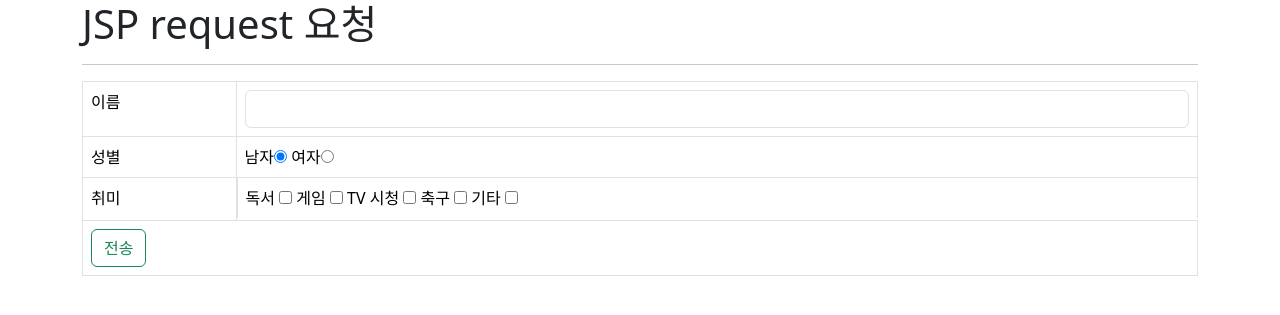
Repository: papepopopy/javascript
Page: http://localhost/webjsp/ex02/jspRequest.jsp
An editor plug-in stored every save of this project. The page is shown before and after a run of saves, followed by the edit.
The browser window is 1280 px wide. The pictures show the whole page.
The page is served by Tomcat 9. Nobody is signed in. The application's start-up code is not run. Other server files are loaded and not shown.

Above is the page before, as saved 2024-07-04 02:30:41.

### jspStudy/jspStudy/webjsp/src/main/webapp/ex02/jspRequest.jsp
<%@ page language="java" contentType="text/html; charset=EUC-KR"
    pageEncoding="EUC-KR"%>
<!DOCTYPE html>
<html>
<head>
<meta charset="EUC-KR">
<title>JSP 요청 페이지</title>
<link href="https://cdn.jsdelivr.net/npm/bootstrap@5.3.3/dist/css/bootstrap.min.css" rel="stylesheet" integrity="sha384-QWTKZyjpPEjISv5WaRU9OFeRpok6YctnYmDr5pNlyT2bRjXh0JMhjY6hW+ALEwIH" crossorigin="anonymous">
<style>
	.btn {

	}
</style>
</head>
<body>
<!-- 클라이언트 요청 페이지 -->

	<div class="container">
		<h1>JSP request 요청</h1>
		<hr>
		<div>
			<form action="jsprequest_result.jsp" method="get">
				<table class="table table-bordered">
					<thead>
					</thead>
					<tbody>
						<tr>
							<td>이름</td>
							<td><input type="text" name="name" id="name" class="form-control" /></td>
						</tr>
						<tr>
							<td>성별</td>
							<td>
								남자<input type="radio" name="gender" value="male" checked="checked" />
								여자<input type="radio" name="gender" value="female" />
							</td>
						</tr>
						<tr>
							<td>취미</td>
							<td class="form-check">
								독서 <input type="checkbox" name="hobby" value="독서"/>
								게임 <input type="checkbox" name="hobby" value="게임"/>
								TV 시청 <input type="checkbox" name="hobby" value="TV 시청"/>
								축구 <input type="checkbox" name="hobby" value="축구"/>
								기타 <input type="checkbox" name="hobby" value="기타"/>
							</td>
						</tr>
						<tr>
							<td colspan="2">
								<input type="submit" value="전송" class="btn btn-outline-success">
							</td>
						</tr>
					</tbody>
				</table>
			</form>
		</div>
	</div>
</body>
</html>

After the next 2 saves:
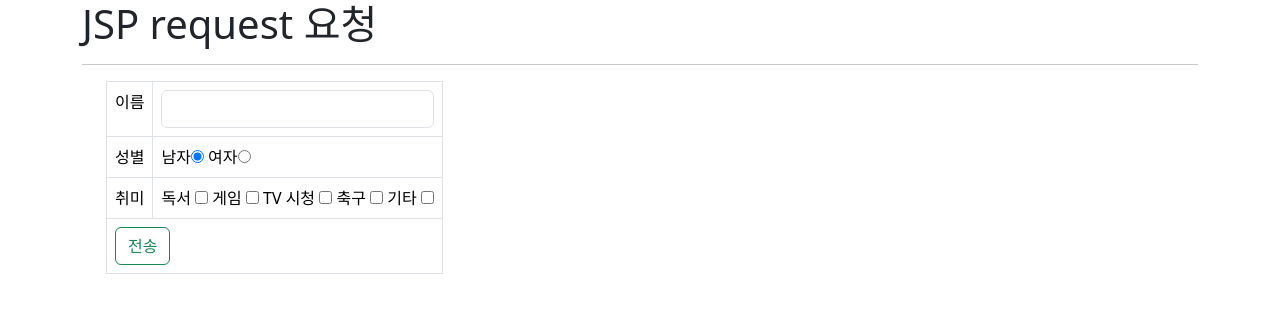
The 2 saves are shown as one change because they came seconds apart.
The last was saved 28 s later.
--- a/jspStudy/jspStudy/webjsp/src/main/webapp/ex02/jspRequest.jsp
+++ b/jspStudy/jspStudy/webjsp/src/main/webapp/ex02/jspRequest.jsp
@@ -20,7 +20,7 @@
 		<hr>
 		<div>
 			<form action="jsprequest_result.jsp" method="get">
-				<table class="table table-bordered">
+				<table class="table table-bordered form-check">
 					<thead>
 					</thead>
 					<tbody>
@@ -37,7 +37,7 @@
 						</tr>
 						<tr>
 							<td>취미</td>
-							<td class="form-check">
+							<td>
 								독서 <input type="checkbox" name="hobby" value="독서"/>
 								게임 <input type="checkbox" name="hobby" value="게임"/>
 								TV 시청 <input type="checkbox" name="hobby" value="TV 시청"/>
